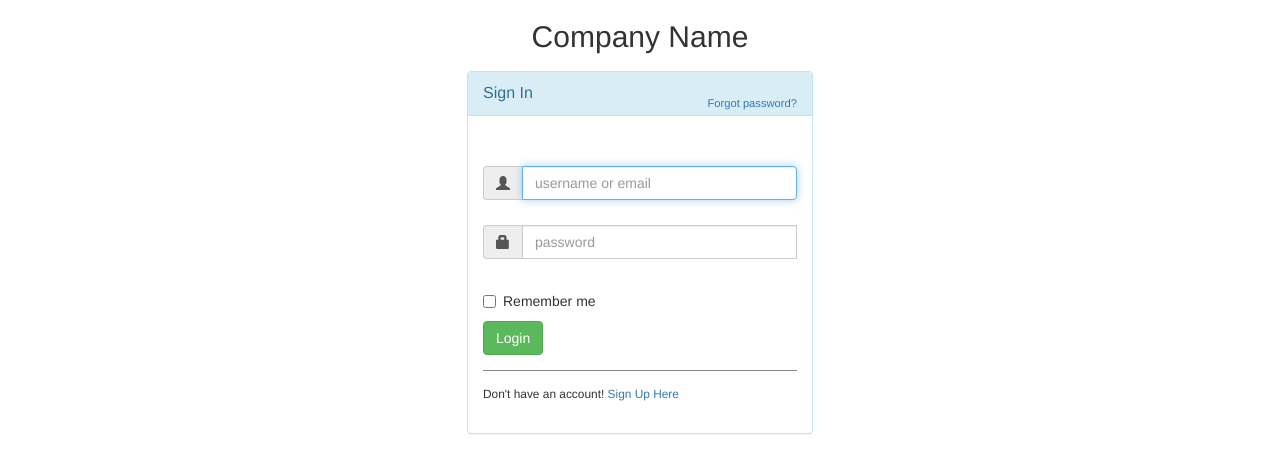
Repository: jayakumar721/projects
Page: TestEngine/WebContent/Login.html
An editor plug-in stored every save of this project. The page is shown before and after the next save, followed by the edit.
The browser window is 1280 px wide. The pictures show the whole page.
Some web libraries are served in a nearby version.

Above is the page before, as saved 2017-11-24 12:07:22.

### TestEngine/WebContent/Login.html
<!DOCTYPE html>
<html>
<head>
<meta charset="UTF-8">
<meta name="viewport"
	content="width=device-width, initial-scale=1, shrink-to-fit=no">
<meta name="description" content="">
<meta name="author" content="">
<link rel="icon" href="/home/vamsoft/jk/jkgit/output/favicon.ico">
<title>login</title>

<!-- Latest compiled and minified CSS -->
<link rel="stylesheet"
	href="https://maxcdn.bootstrapcdn.com/bootstrap/3.3.7/css/bootstrap.min.css">

<!-- jQuery library -->
<script
	src="https://ajax.googleapis.com/ajax/libs/jquery/3.2.1/jquery.min.js"></script>
<script src="vendor/jquery-validation/dist/jquery.validate.min.js"></script>

<!-- Latest compiled JavaScript -->
<script
	src="https://maxcdn.bootstrapcdn.com/bootstrap/3.3.7/js/bootstrap.min.js"></script>
<style type="text/css">
.container {
	padding: 20px;
	border-radius: 10px;
	position: absolute;
	border: 1px solid #fff;
	margin: auto;
	top: 0;
	right: 0;
	bottom: 0;
	left: 0;
}

#l1, l2 {
	color: red;
	font-family:timesnewroman;
}
</style>
</head>
<body>
	<header>
		<h2 style="text-align: center">Company Name</h2>
	</header>
	<div class="container">
		<div id="loginbox" style="margin-top: 50px;"
			class="mainbox col-md-4 col-md-offset-4 ">
			<div class="panel panel-info">
				<div class="panel-heading">
					<div class="panel-title">Sign In</div>
					<div
						style="float: right; font-size: 80%; position: relative; top: -10px">
						<a href="#">Forgot password?</a>
					</div>
				</div>

				<div style="padding-top: 30px" class="panel-body">

					<div style="display: none" id="login-alert"
						class="alert alert-danger col-sm-12"></div>
					<label id="l1"></label>
					<form id="loginform" class="form-horizontal" role="form"
						action="UserValidateServlet">

						<div style="margin-bottom: 25px" class="input-group">
							<span class="input-group-addon"><i
								class="glyphicon glyphicon-user"></i></span> <input id="login-username"
								type="email" class="form-control" name="username" value=""
								placeholder="username or email" autofocus required>
						</div>

						<div style="margin-bottom: 25px" class="input-group">
							<span class="input-group-addon"><i
								class="glyphicon glyphicon-lock"></i></span> <input id="login-password"
								type="password" class="form-control" id="pass" name="password"
								placeholder="password">
							<p id="l2"></p>

						</div>



						<div class="input-group">
							<div class="checkbox">
								<label> <input id="login-remember" type="checkbox"
									name="remember" value="1"> Remember me
								</label>
							</div>
						</div>


						<div style="margin-top: 10px" class="form-group">
							<!-- Button -->
							<div class="col-sm-12 controls">
								<a id="btn-login" href="#" class="btn btn-success">Login </a>
							</div>
						</div>


						<div class="form-group">
							<div class="col-md-12 control">
								<div
									style="border-top: 1px solid #888; padding-top: 15px; font-size: 85%">
									Don't have an account! <a href="#"
										onClick="$('#loginbox').hide(); $('#signupbox').show();">
										Sign Up Here </a>
								</div>
							</div>
						</div>
					</form>



				</div>
			</div>
		</div>
		<div id="signupbox" style="display: none; margin-top: 50px"
			class="mainbox col-md-4 col-md-offset-4 ">
			<div class="panel panel-info">
				<div class="panel-heading">
					<div class="panel-title">Sign Up</div>
					<div
						style="float: right; font-size: 85%; position: relative; top: -10px">
						<a id="signinlink" href="#"
							onclick="$('#signupbox').hide(); $('#loginbox').show()">sign
							In</a>
					</div>
				</div>
				<div class="panel-body">
					<form id="signupform" class="form-horizontal" role="form"
						action="UserValidateServlet">

						<div id="signupalert" style="display: none"
							class="alert alert-danger">
							<p>Error:</p>
							<span></span>
						</div>



						<div class="form-group">
							<label for="email" class="col-md-3 control-label">Email</label>
							<div class="col-md-9">
								<input type="text" class="form-control" name="email"
									placeholder="Email Address">
							</div>
						</div>

						<div class="form-group">
							<label for="firstname" class="col-md-3 control-label">FirstName</label>
							<div class="col-md-9">
								<input type="text" class="form-control" name="firstname"
									placeholder="First Name">
							</div>
						</div>
						<div class="form-group">
							<label for="lastname" class="col-md-3 control-label">LastName</label>
							<div class="col-md-9">
								<input type="text" class="form-control" name="lastname"
									placeholder="Last Name">
							</div>
						</div>
						<div class="form-group">
							<label for="password" class="col-md-3 control-label">Password</label>
							<div class="col-md-9">
								<input type="password" class="form-control" name="passwd"
									placeholder="Password">
							</div>
						</div>

						<div class="form-group">
							<label for="password" class="col-md-3 control-label">Confirm</label>
							<div class="col-md-9">
								<input type="password" class="form-control" name="passwd"
									placeholder="Password">
							</div>
						</div>

						<div class="form-group">
							<!-- Button -->
							<div class="col-md-offset-4 col-md-9">
								<button id="btn-signup" type="button" class="btn btn-info">
									<i class="icon-hand-right"></i> &nbsp Sign Up
								</button>
							</div>
						</div>
					</form>
				</div>
			</div>




		</div>
	</div>
</body>
</html>

After the next save:
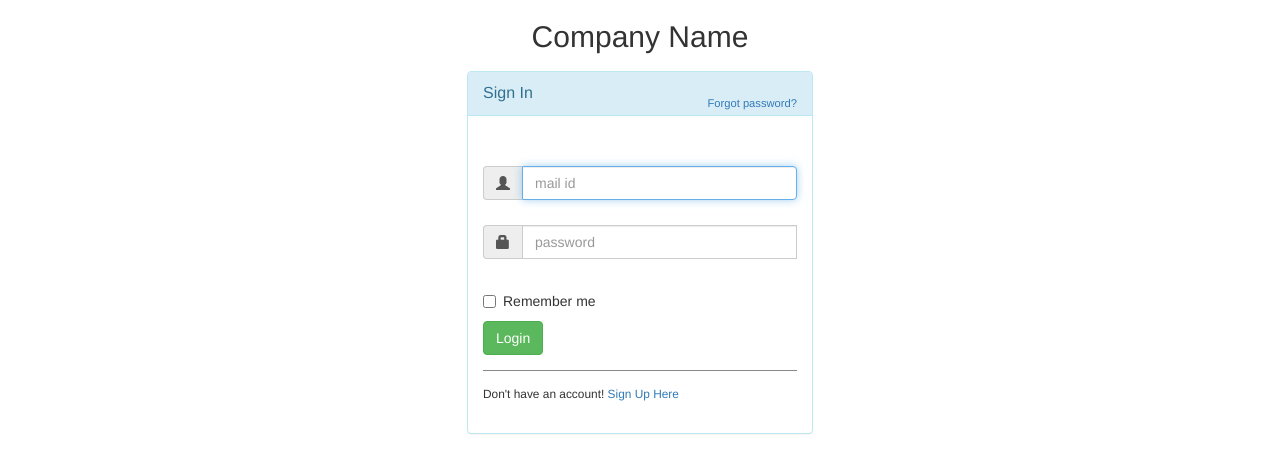
Saved 12 s later.
--- a/TestEngine/WebContent/Login.html
+++ b/TestEngine/WebContent/Login.html
@@ -68,7 +68,7 @@
 							<span class="input-group-addon"><i
 								class="glyphicon glyphicon-user"></i></span> <input id="login-username"
 								type="email" class="form-control" name="username" value=""
-								placeholder="username or email" autofocus required>
+								placeholder="mail id" autofocus required>
 						</div>
 
 						<div style="margin-bottom: 25px" class="input-group">
